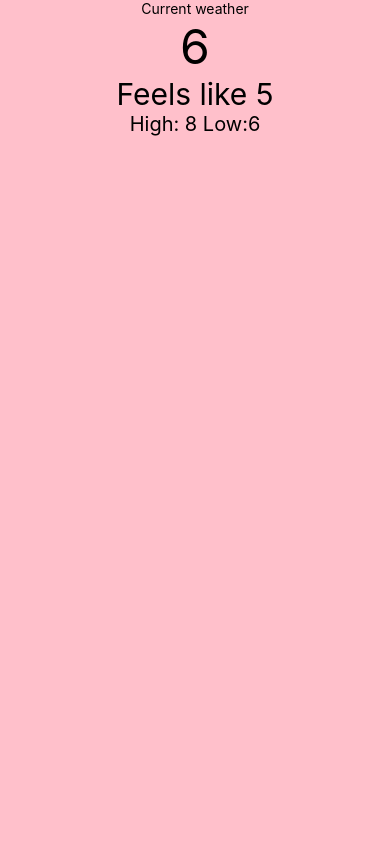
Repository: braduku28/react-weather-app
Screen: / (app in WeatherApp/)
An editor plug-in stored every save of this project. The screen is shown before and after the next save, followed by the edit.
The app was drawn by React Native's web renderer in a window 390 px wide. The project was rebuilt for these pictures with package versions that can differ from the ones it lists, and the page was loaded fresh each time.

Above is the screen before, as saved 2023-10-10 14:36:13.

After the next save:
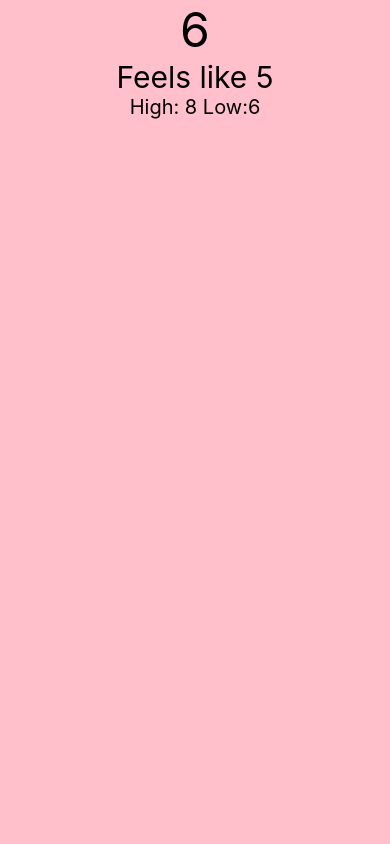
Saved 20 s later.
--- a/WeatherApp/App.tsx
+++ b/WeatherApp/App.tsx
@@ -6,7 +6,6 @@ const App = () =>{
   return (
     <SafeAreaView style={styles.wrapper}>
       <View style={styles.container}>
-        <Text>Current weather</Text>
         <Text style={styles.temp}>6</Text>
         <Text style={styles.feels}>Feels like 5</Text>
         <Text style={styles.highLow}>High: 8 Low:6</Text>
